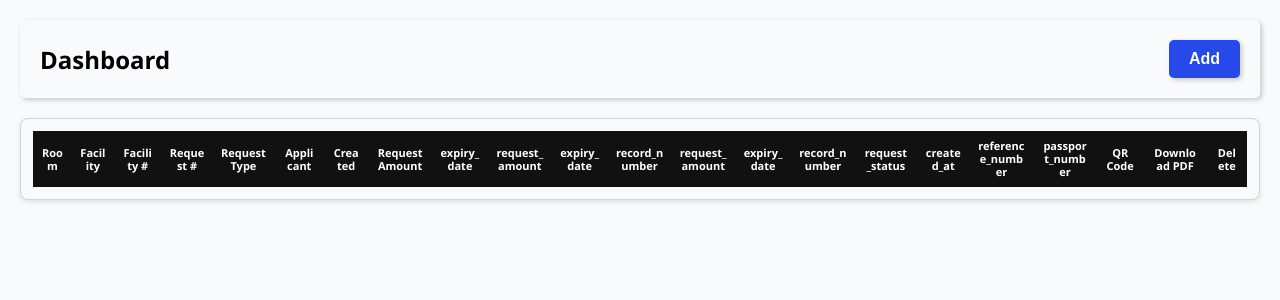
Repository: irfan-shah-sherani/Travel-Tour
Page: public/index.html
An editor plug-in stored every save of this project. The page is shown before and after a run of saves, followed by the edit.
The browser window is 1280 px wide. The pictures show the whole page.
The page's requests for data from a server got no answer.

Above is the page before, as saved 2025-07-11 04:57:06.

After the next 2 saves:
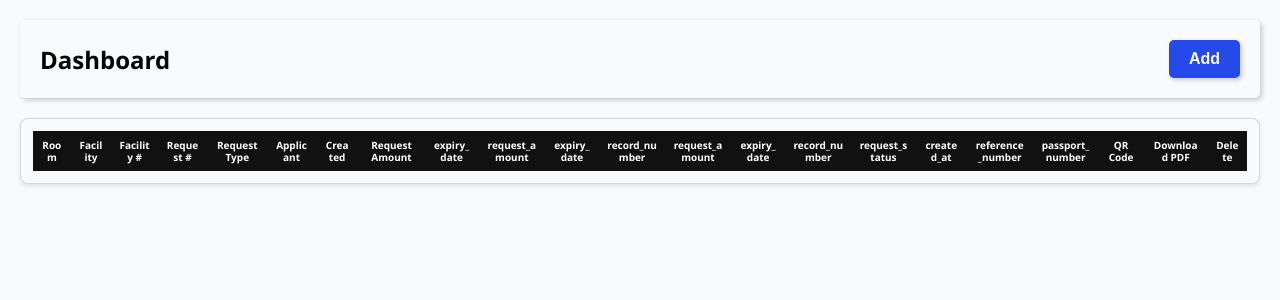
The 2 saves are shown as one change because they came seconds apart.
The last was saved 11 s later.
--- a/public/index.css
+++ b/public/index.css
@@ -166,7 +166,7 @@ table {
   background-color: #111;
   color: #fff;
   font-weight: 600;
-  font-size: 11px;
+  font-size: 10px;
   padding: 8px;
   text-align: center;
   vertical-align: middle;
